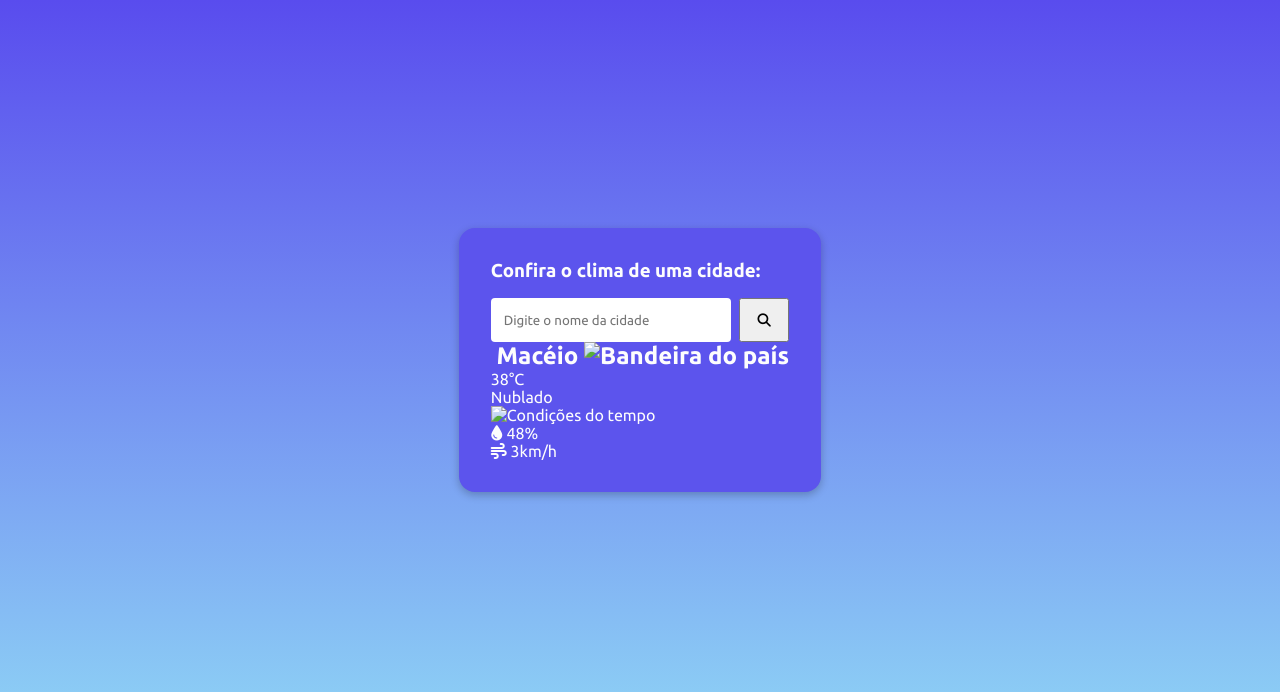
Repository: willamesalmeida/Clima
Page: index.html
These files come from the project's save history. The page is drawn as it stood at one moment and after the next save; the edit follows.
The browser window is 1280 px wide. The pictures show the whole page.

Above is the page before, as saved 2022-09-19 16:19:52.

### index.html
<!DOCTYPE html>
<html lang="en">
  <head>
    <meta charset="UTF-8" />
    <meta http-equiv="X-UA-Compatible" content="IE=edge" />
    <meta name="viewport" content="width=device-width, initial-scale=1.0" />
    <title>Clima</title>
    <link rel="stylesheet" href="css/styles.css" />
    <!-- Google Fonts -->
    <link rel="preconnect" href="https://fonts.googleapis.com" />
    <link rel="preconnect" href="https://fonts.gstatic.com" crossorigin />
    <link
      href="https://fonts.googleapis.com/css2?family=Roboto+Flex:opsz,wght@8..144,400;8..144,500&family=Roboto:ital,wght@0,100;0,300;0,400;0,500;0,700;0,900;1,100;1,300;1,400;1,500;1,700;1,900&family=Ubuntu:ital,wght@0,300;0,400;0,500;0,700;1,300;1,400;1,500;1,700&display=swap"
      rel="stylesheet"
    />
    <!-- Font Awesome -->
    <link
      rel="stylesheet"
      href="https://cdnjs.cloudflare.com/ajax/libs/font-awesome/6.2.0/css/all.min.css"
      integrity="sha512-xh6O/CkQoPOWDdYTDqeRdPCVd1SpvCA9XXcUnZS2FmJNp1coAFzvtCN9BmamE+4aHK8yyUHUSCcJHgXloTyT2A=="
      crossorigin="anonymous"
      referrerpolicy="no-referrer"
    />

    <script src="js/script.js"></script>
  </head>
  <body>
    <div class="container">
      <div class="form">
        <h3>Confira o clima de uma cidade:</h3>
        <div class="form-input-container">
          <input
            type="text"
            placeholder="Digite o nome da cidade"
            id="city-input"
          />
          <button id="search">
            <i class="fa-solid fa-magnifying-glass"></i>
          </button>
        </div>
      </div>
      <div id="weather-data">
        <h2>
            <i class="fa-solid fa.location-dot"></i>
            <span id="city"> Macéio</span>
            <img src="" alt="Bandeira do país" id="country"/>
        </h2>
        <p id="temperature"><span>38</span>&deg;C</p>
        <div id="description-container">
            <p id="descrition">Nublado</p>
            <img src="" alt="Condições do tempo" id="weather-icon">
        </div>
        <div id="datails-container">
            <p id="umidity">
                <i class="fa-solid fa-droplet"></i>
                <span>48%</span>
            </p>
            <p id="wind">
                <i class="fa-solid fa-wind"></i>
                <span>3km/h</span>
            </p>
        </div>
      </div>
    </div>
  </body>
</html>

### css/styles.css
/* Geral */
*{
    padding: 0;
    margin: 0;
    font-family: "ubuntu", sans-serif;
}

body{
    background: linear-gradient(180deg, rgba(89,76,238,1)0%, #8dd0f5 100%);
    display: flex;
    justify-content: center;
    align-items: center;
    height: 100vh;
}
.hide{
    display: none;
}

.container{
    background-color: #5c54ed;
    box-shadow: rgba(0,0,0,0.24) 0px 3px 8px;
    padding: 2rem;
    color: #fdfdfd;
    border-radius: 1rem;
}

.form h3{
    margin-bottom: 1rem;
}
.form-input-container{
    display: flex;
}
.form input{
    padding: 0.8rem;
    border:none;
    flex: 1;
    border-radius: 4px;

}

.form button{
    padding: 0.8rem;
    min-width: 50px;
    margin-left: 8px;
    background-color: #8ddd0f5;
}

### js/script.js
//chave da API
//f5efb8fb1dbd3febf146ae616cdf96b5

After the next save:
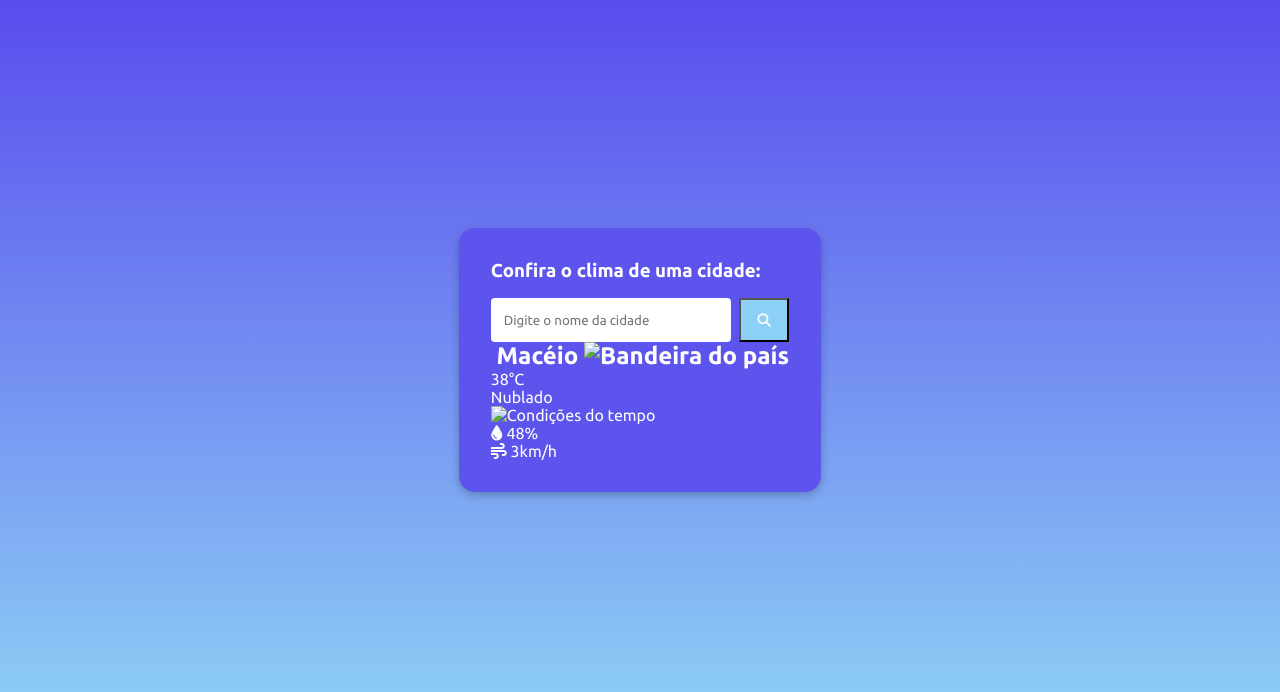
Saved 17 s later.
--- a/css/styles.css
+++ b/css/styles.css
@@ -42,5 +42,6 @@ body{
     padding: 0.8rem;
     min-width: 50px;
     margin-left: 8px;
-    background-color: #8ddd0f5;
+    background-color: #8dd0f5;
+    color: #fff;
 }
